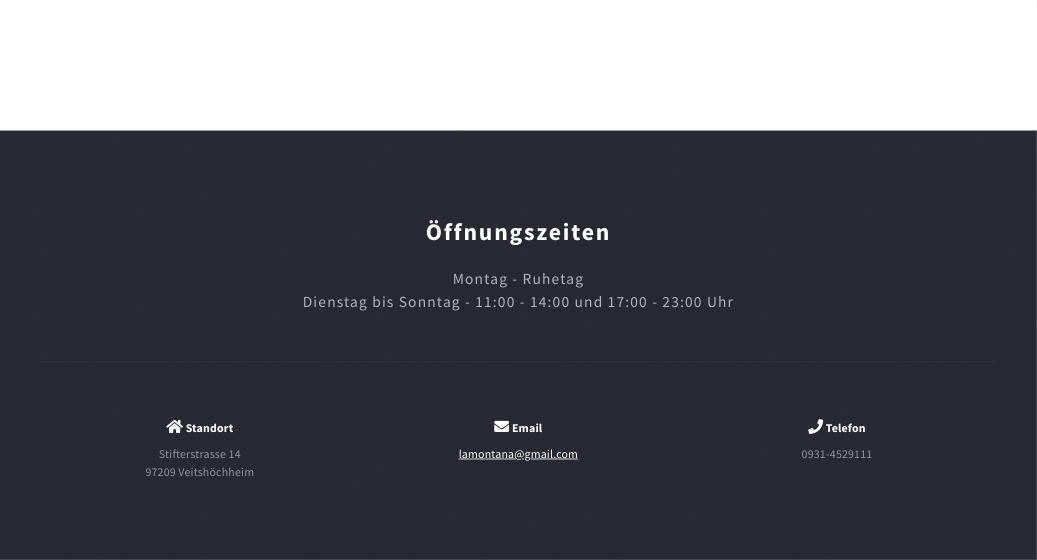
Repository: restaurantlamontana/restaurantlamontana.github.io
Page: speisekarte.html
These files come from the project's save history. The page is drawn as it stood at one moment and after the next save; the edit follows.
The browser window is 1280 px wide. The pictures show the part of the page from y = 352 to 1763 px (the page is 1043 px tall before and 1763 px after), at 81% of full size.

Above is the page before, as saved 2024-07-14 17:58:33.

### speisekarte.html
<!DOCTYPE HTML>
<!--
	Escape Velocity by HTML5 UP
	html5up.net | @ajlkn
	Free for personal and commercial use under the CCA 3.0 license (html5up.net/license)
-->
<html>
	<head>
		<title>La Montana - Speisekarte</title>
		<meta charset="utf-8" />
		<meta name="viewport" content="width=device-width, initial-scale=1, user-scalable=no" />
		<link rel="stylesheet" href="assets/css/main.css" />
	</head>
	<body class="right-sidebar is-preload">
		<div id="page-wrapper">
			<!-- Header -->
			<section id="header" class="wrapper">
			  <!-- Logo -->
			  <div id="logo">
				<h1><a href="index.html">La Montana</a></h1>
				<p>Restaurant</p>
			  </div>

			  <!-- Nav -->
			  <nav id="nav">
				<ul>
				  <li class="current"><a href="index.html">Home</a></li>
				  <li><a href="speisekarte.html">Speisekarte</a></li>
				  <li><a href="blog.html">Blog</a></li>
				</ul>
			  </nav>
			</section>
				</section>

			<!-- Main -->
				<section id="main" class="wrapper style2">

				</section>

		<!-- Footer -->
		<section id="footer" class="wrapper">
			<div class="container">
				<header class="style1">
					<h2>Öffnungszeiten</h2>
					<p>
						Montag - Ruhetag <br />
						Dienstag bis Sonntag - 11:00 - 14:00 und 17:00 - 23:00 Uhr
					</p>
				</header>
				<div class="flex-container">
					<div class="flex-item">
						<h3 class="icon solid fa-home">   Standort</h3>
						<p>
							Stifterstrasse 14<br />
							97209 Veitshöchheim<br />
						</p>
					</div>
					<div class="flex-item">
						<h3 class="icon solid fa-envelope">   Email</h3>
						<p>
							<a href="#">lamontana@gmail.com</a>
						</p>
					</div>
					<div class="flex-item">
						<h3 class="icon solid fa-phone">   Telefon</h3>
						<p>0931-4529111</p>
					</div>
				</div>
			</div>
		</section>
	</body>
	</html>

Loaded but not shown: assets/css/fontawesome-all.min.css (library); assets/css/main.css (3135 lines, source omitted)

After the next save:
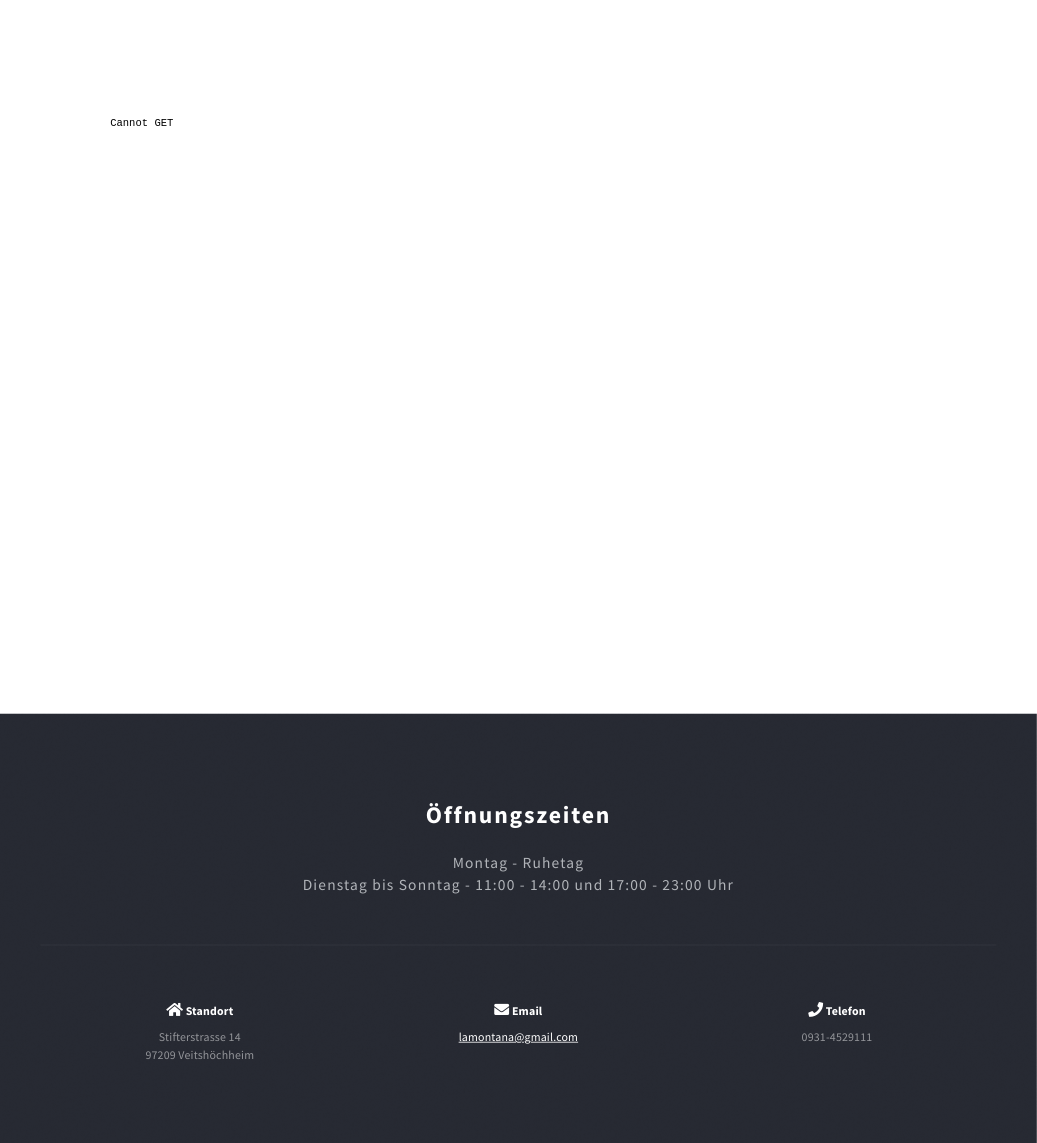
Not found: path/to/your/file.pdf
Saved 62 s later.
--- a/speisekarte.html
+++ b/speisekarte.html
@@ -34,6 +34,32 @@
 
 			<!-- Main -->
 				<section id="main" class="wrapper style2">
+					<!DOCTYPE html>
+<html lang="en">
+<head>
+    <meta charset="UTF-8">
+    <meta name="viewport" content="width=device-width, initial-scale=1.0">
+    <title>Display PDF</title>
+    <style>
+        .pdf-container {
+            display: flex;
+            justify-content: center;
+            align-items: center;
+            height: 100vh;
+        }
+        iframe {
+            width: 80%;
+            height: 80%;
+            border: none;
+        }
+    </style>
+</head>
+<body>
+    <div class="pdf-container">
+        <iframe src="path/to/your/file.pdf"></iframe>
+    </div>
+</body>
+</html>
 
 				</section>
 
